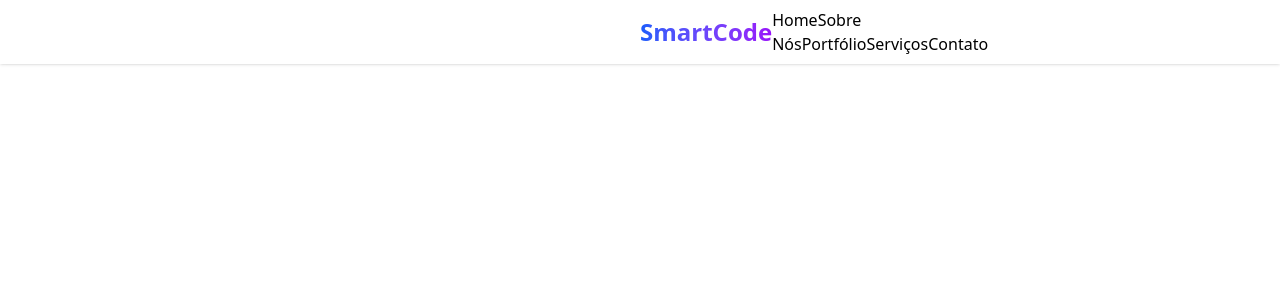
Repository: estevam02009/smartcode
Page: /
These files come from the project's save history. The page is drawn as it stood at one moment and after the next save; the edit follows.
The browser window is 1280 px wide. The pictures show the whole page.
The project was rebuilt for these pictures with package versions that can differ from the ones it lists, and the page was loaded fresh each time. Also part of the build but not shown: vite.config.ts.

Above is the page before, as saved 2025-08-04 16:56:40.

After the next save:
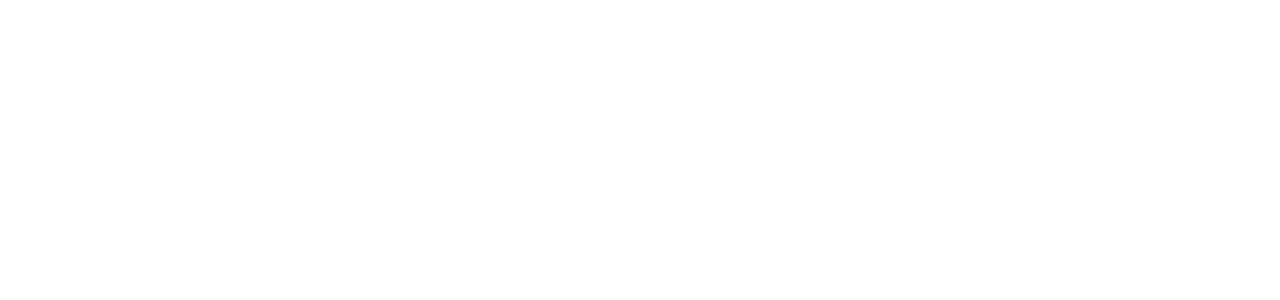
Console error: ReferenceError: activeSection is not defined
Saved 4 min 34 s later.
--- a/src/App.tsx
+++ b/src/App.tsx
@@ -152,6 +152,15 @@
             <div className='hidden md:block'>
               <div className='flex space-x-8'>
                 {['Home', 'Sobre Nós', 'Portfólio', 'Serviços', 'Contato']}
+                <button
+                  key={item}
+                  onClick={() => scrollToSection(item.toLowerCase())}
+                  className={`px-3 py-2 text-sm font-medium transition-colors duration-200 ${
+                    activeSection === item.toLowerCase()
+                      ? 'text-blue-600 border-b-2 border-blue-600'
+                      : 'text-gray-700 hover:text-blue-600'
+                  }`}
+                ></button>
               </div>
             </div>
           </div>

After the save that followed:
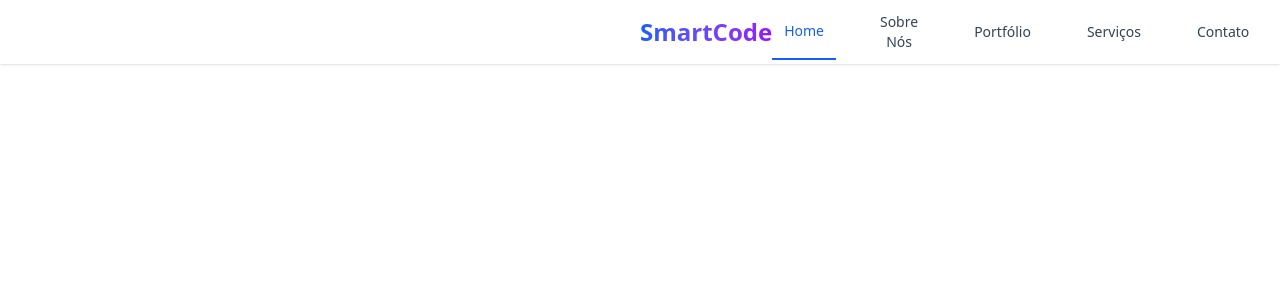
The error is gone.
Saved 37 s later.
--- a/src/App.tsx
+++ b/src/App.tsx
@@ -151,16 +151,19 @@
             {/* Desktop Navigation */}
             <div className='hidden md:block'>
               <div className='flex space-x-8'>
-                {['Home', 'Sobre Nós', 'Portfólio', 'Serviços', 'Contato']}
-                <button
-                  key={item}
-                  onClick={() => scrollToSection(item.toLowerCase())}
-                  className={`px-3 py-2 text-sm font-medium transition-colors duration-200 ${
-                    activeSection === item.toLowerCase()
-                      ? 'text-blue-600 border-b-2 border-blue-600'
-                      : 'text-gray-700 hover:text-blue-600'
-                  }`}
-                ></button>
+                {['Home', 'Sobre Nós', 'Portfólio', 'Serviços', 'Contato'].map((item) => (
+                  <button
+                    key={item}
+                    onClick={() => scrollToSection(item.toLowerCase().replace(/\s/g, '').replace('ó', 'o'))}
+                    className={`px-3 py-2 text-sm font-medium transition-colors duration-200 ${
+                      acttiveSection === item.toLowerCase().replace(/\s/g, '').replace('ó', 'o')
+                        ? 'text-blue-600 border-b-2 border-blue-600'
+                        : 'text-gray-700 hover:text-blue-600'
+                    }`}
+                  >
+                    {item}
+                  </button>
+                ))}
               </div>
             </div>
           </div>
